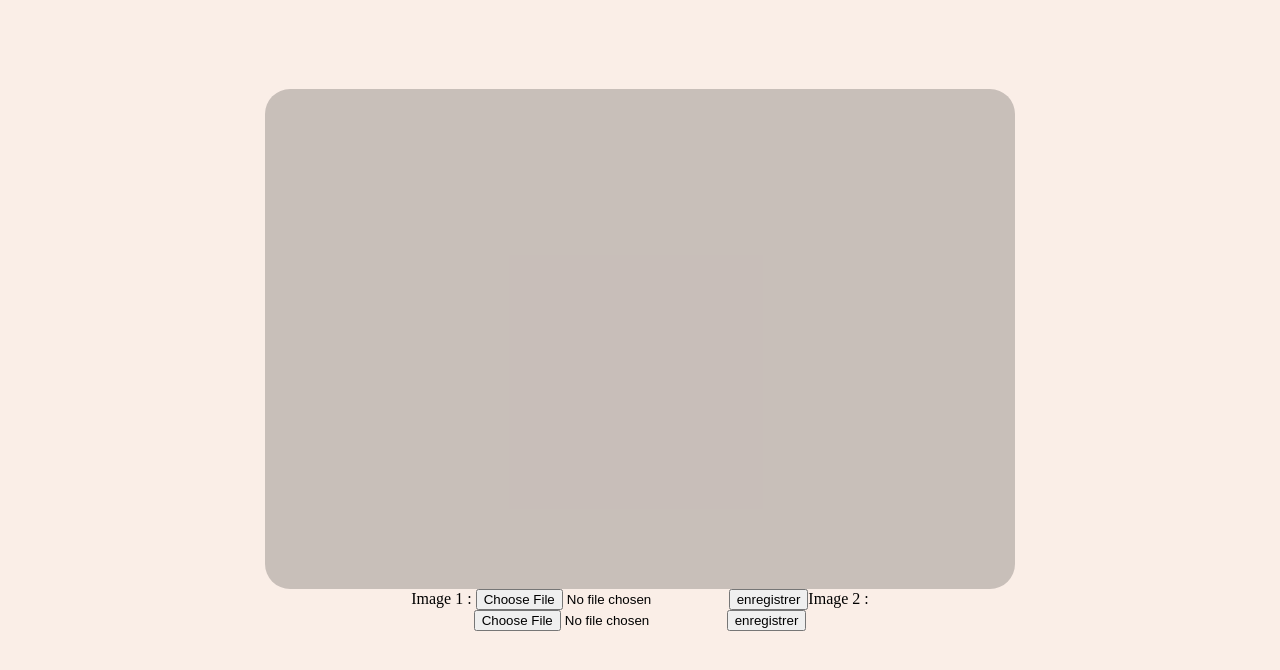
Repository: Lucas-Cassan/img-assembler
Page: / (app in frontend/)
These files come from the project's save history. The page is drawn as it stood at one moment and after the next save; the edit follows.
The browser window is 1280 px wide. The pictures show the whole page.
The project was rebuilt for these pictures with package versions that can differ from the ones it lists, and the page was loaded fresh each time.

Above is the page before, as saved 2022-02-02 15:00:22.

### frontend/src/index.js
import React from "react";
import ReactDOM from "react-dom";
import "./styles/index.scss";
import App from "./App";

ReactDOM.render(
  <React.StrictMode>
    <App />
  </React.StrictMode>,
  document.getElementById("root"),
);

### frontend/src/styles/index.scss
html{
    padding: 0;
    margin: 0;

    body{
        padding: 0;
        margin: 0;
        width: 100vw;
        height: 100vh;
        overflow: hidden;
        background-color: #FAEEE7;

        #root{
            width: 100%;
            height: 100%;
            display: flex;
            justify-content: center;
            align-items: center;
            flex-direction: column;

            #image{
                width: 750Px;
                height: 500px;
                background-color: rgba($color: #000, $alpha: .2);
                border-radius: 25px;
            }
            form{

            }
        }

    }
}

### frontend/src/App.js
import React from "react";
import Fusiooooon from "./pages/Fusiooooon";

const App = () => {
  return (
    <>
      <Fusiooooon />
    </>
  );
};

export default App;

### frontend/src/pages/Fusiooooon.js
import React, { useState } from "react";
import axios from "axios";

const Fusiooooon = () => {
  const [file1, setFile1] = useState();
  const [file2, setFile2] = useState();

  const handleSubmit = (e) => {
    e.preventDefault();

    console.log(file1);
    const data = new FormData();
    data.append("file", file1);

    axios({
      method: "post",
      url: `http://localhost:5000/img/merge`,
      data,
    })
      .then((res) => console.log(res))
      .catch((err) => console.log(err));
  };

  const handleSubmit2 = (e) => {
    e.preventDefault();

    console.log(file1);
    const data = new FormData();
    data.append("file", file2);

    axios({
      method: "post",
      url: `http://localhost:5000/img/merge`,
      data,
    })
      .then((res) => console.log(res))
      .catch((err) => console.log(err));
  };

  return (
    <>
      <div id="image"></div>
      <form action="" onSubmit={handleSubmit}>
        <label htmlFor="">Image 1 : </label>
        <input
          type="file"
          name="file"
          id="file"
          accept=".jpg, .jpeg, .png"
          onChange={(e) => setFile1(e.target.files[0])}
        />
        <input type="submit" value="enregistrer" />
        <label htmlFor="">Image 2 : </label>
      </form>
      <form action="" onSubmit={handleSubmit2}>
        <input
          type="file"
          name="file"
          id="file"
          accept=".jpg, .jpeg, .png"
          onChange={(e) => setFile2(e.target.files[0])}
        />
        <input type="submit" value="enregistrer" />
      </form>
    </>
  );
};

export default Fusiooooon;

Loaded but not shown: frontend/public/index.html (common file)

After the next save:
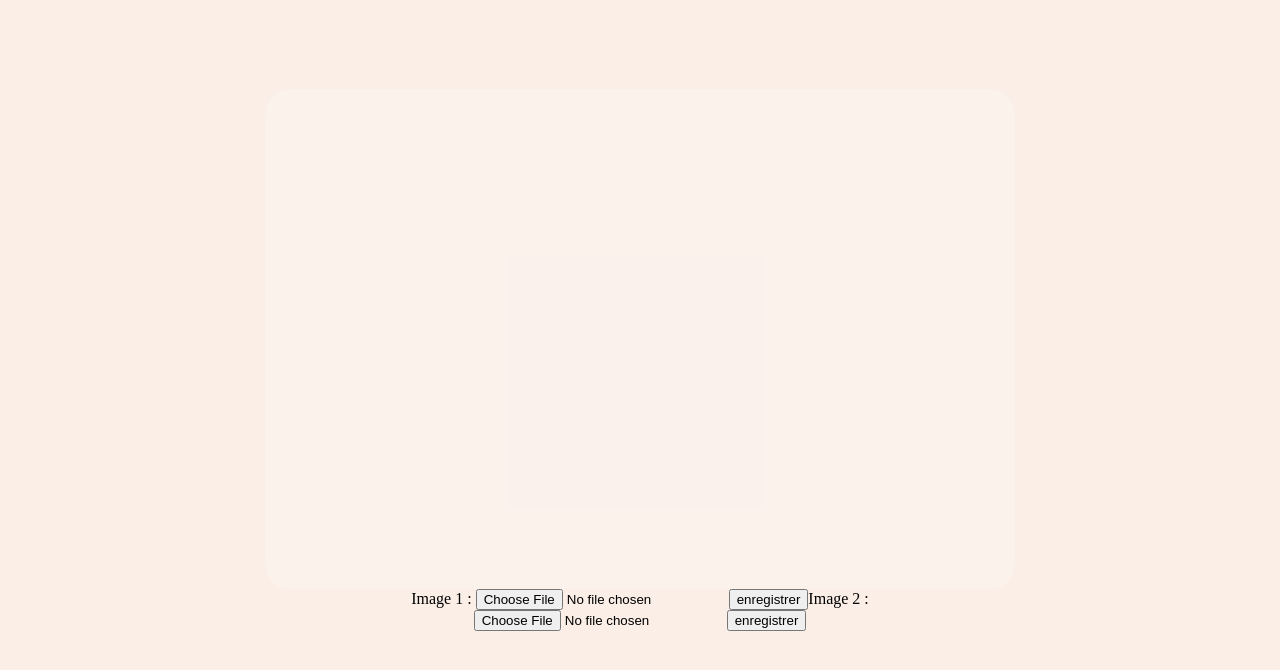
Saved 10 s later.
--- a/frontend/src/styles/index.scss
+++ b/frontend/src/styles/index.scss
@@ -21,7 +21,7 @@ html{
             #image{
                 width: 750Px;
                 height: 500px;
-                background-color: rgba($color: #000, $alpha: .2);
+                background-color: rgba($color: #FFF, $alpha: .2);
                 border-radius: 25px;
             }
             form{
